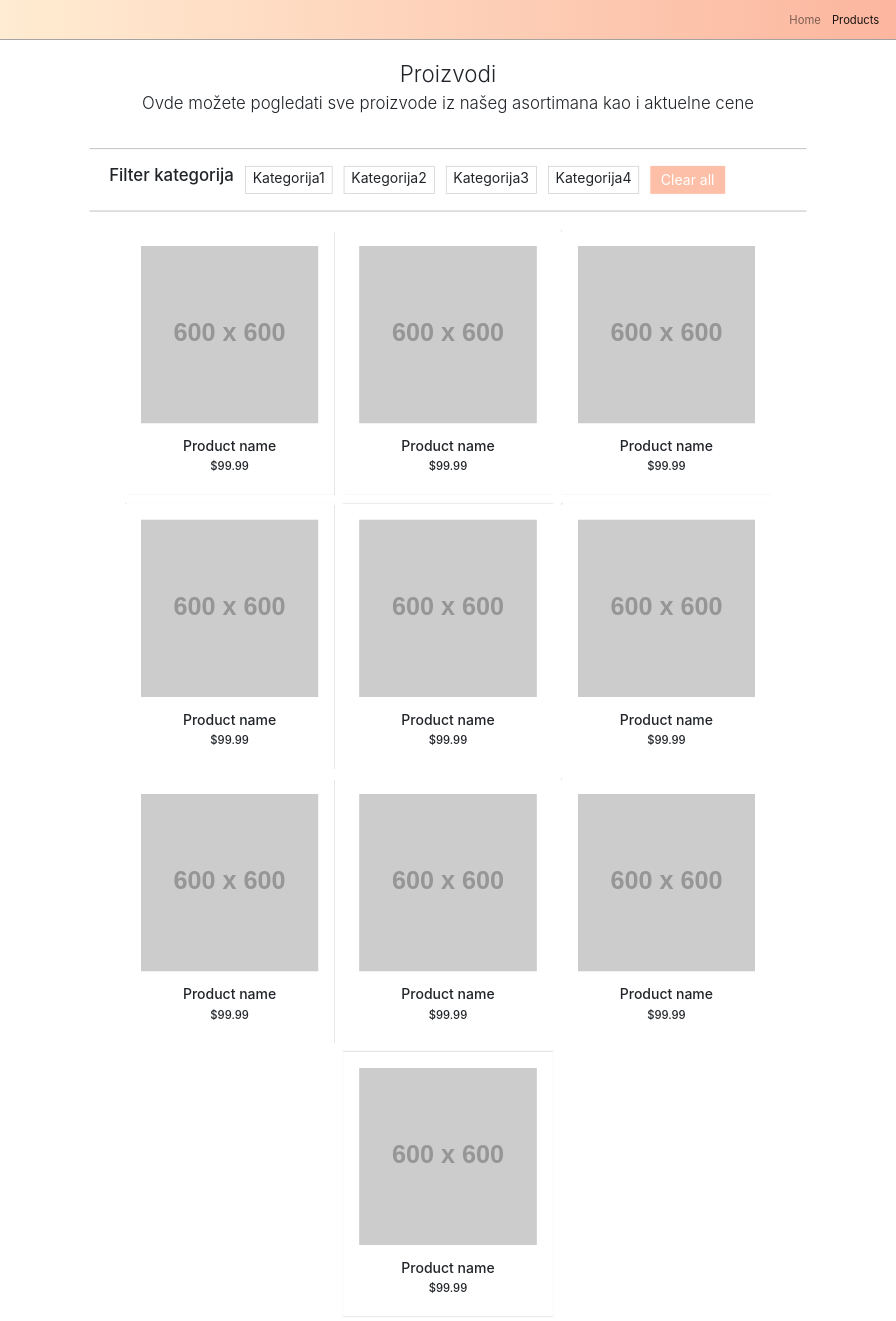
Repository: StevanFilipovic/TemplateForSinglepageWebsite
Page: products.html
The author's editor kept a copy of each file at every save. The page is drawn from the files as they stood at one save, then again after the next save.
The browser window is 1280 px wide. The pictures show the whole page, at 70% of full size.
Some web libraries are served in a nearby version.

Above is the page before, as saved 2018-06-15 15:16:12.

After the next save:
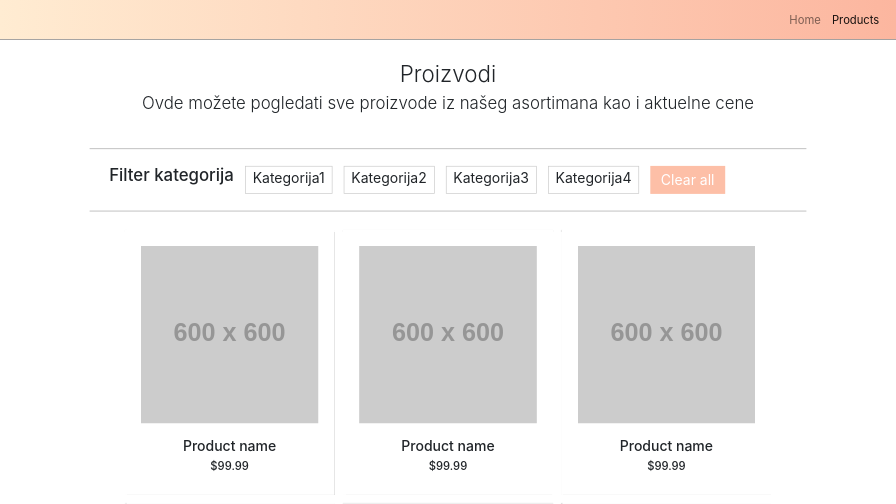
Saved 30 s later.
--- a/products.html
+++ b/products.html
@@ -11,6 +11,8 @@
     <link href='http://fonts.googleapis.com/css?family=Open+Sans:300,400,700' rel='stylesheet' type='text/css'>
     <link href='http://fonts.googleapis.com/css?family=Pacifico:400' rel='stylesheet' type='text/css'>
     <script type="text/javascript" src="http://code.jquery.com/jquery-1.9.1.js"></script>
+    <script type="text/javascript" src="jquery.onepage-scroll.js"></script>
+    <link href='onepage-scroll.css' rel='stylesheet' type='text/css'>
     <link href='products-page-style.css' rel='stylesheet' type='text/css'>
     <!-- Da bi koristili less potrebno je odkomentarisati donje dve linije i uraditi konverziju css-a i ubaciti u dole navedene fajlove -->
     <!-- <link rel="stylesheet/less" type="text/css" href="onepage-scrool.less" /> -->

After the save that followed:
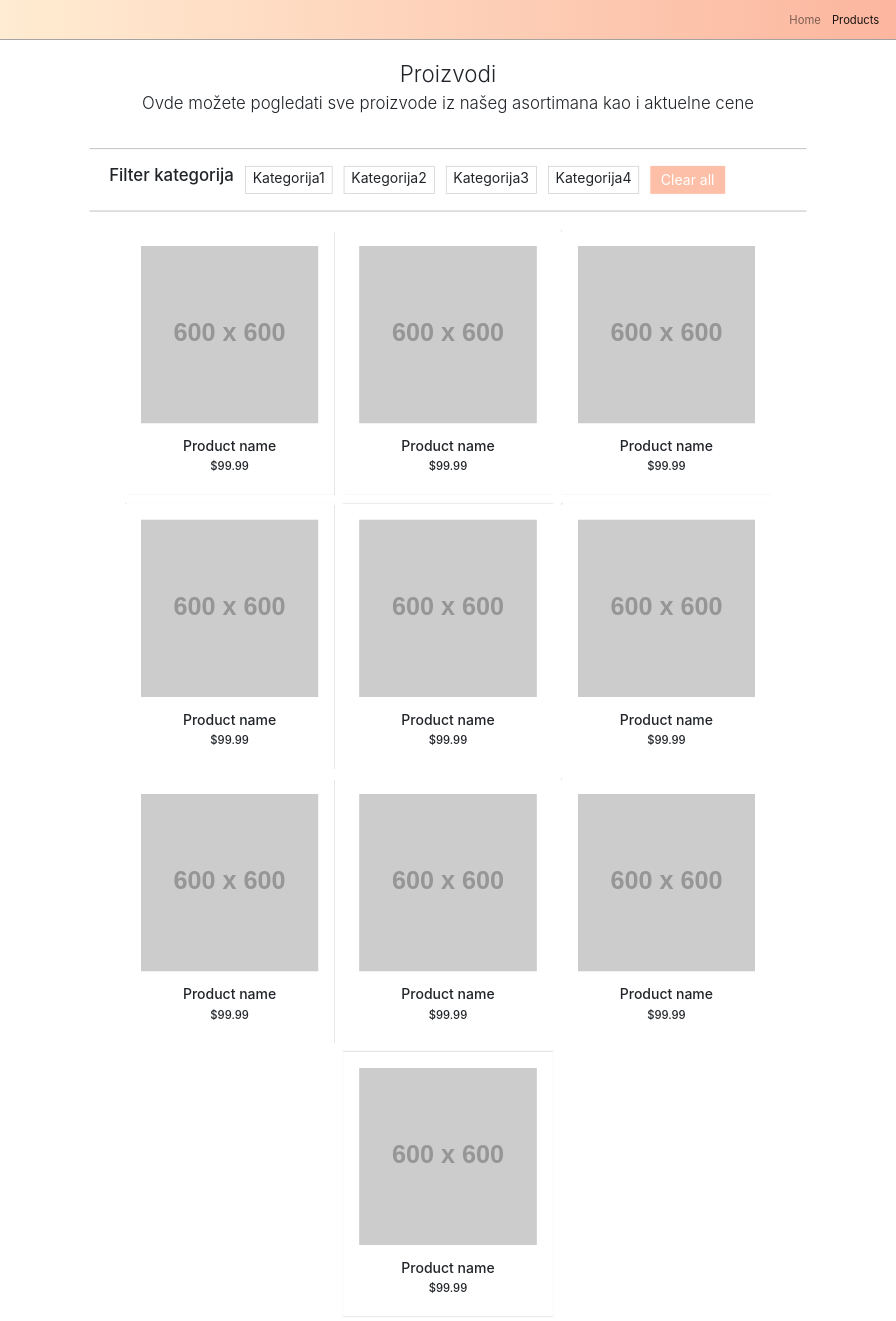
Saved 23 s later.
--- a/products.html
+++ b/products.html
@@ -11,8 +11,6 @@
     <link href='http://fonts.googleapis.com/css?family=Open+Sans:300,400,700' rel='stylesheet' type='text/css'>
     <link href='http://fonts.googleapis.com/css?family=Pacifico:400' rel='stylesheet' type='text/css'>
     <script type="text/javascript" src="http://code.jquery.com/jquery-1.9.1.js"></script>
-    <script type="text/javascript" src="jquery.onepage-scroll.js"></script>
-    <link href='onepage-scroll.css' rel='stylesheet' type='text/css'>
     <link href='products-page-style.css' rel='stylesheet' type='text/css'>
     <!-- Da bi koristili less potrebno je odkomentarisati donje dve linije i uraditi konverziju css-a i ubaciti u dole navedene fajlove -->
     <!-- <link rel="stylesheet/less" type="text/css" href="onepage-scrool.less" /> -->
